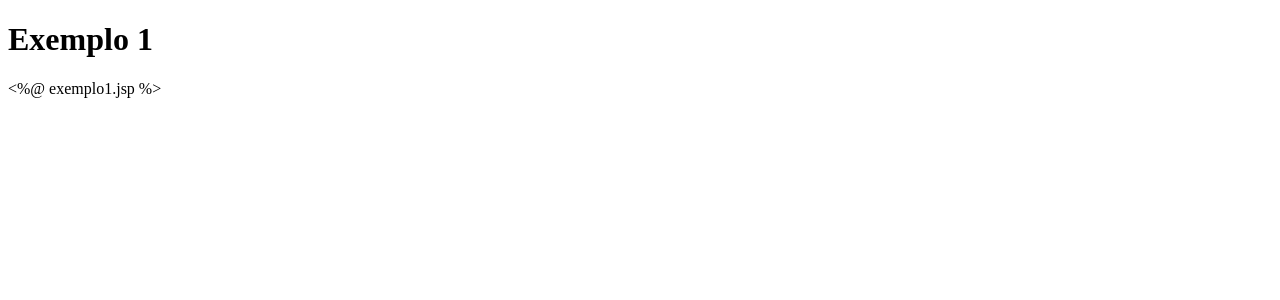
Repository: Bruno-Marian/atitivadesAulaWeb
Page: Aula/src/main/webapp/exemplo1.html
The author's editor kept a copy of each file at every save. The page is drawn from the files as they stood at one save, then again after the next save.
The browser window is 1280 px wide. The pictures show the whole page.

Above is the page before, as saved 2023-10-12 00:31:56.

After the next save:
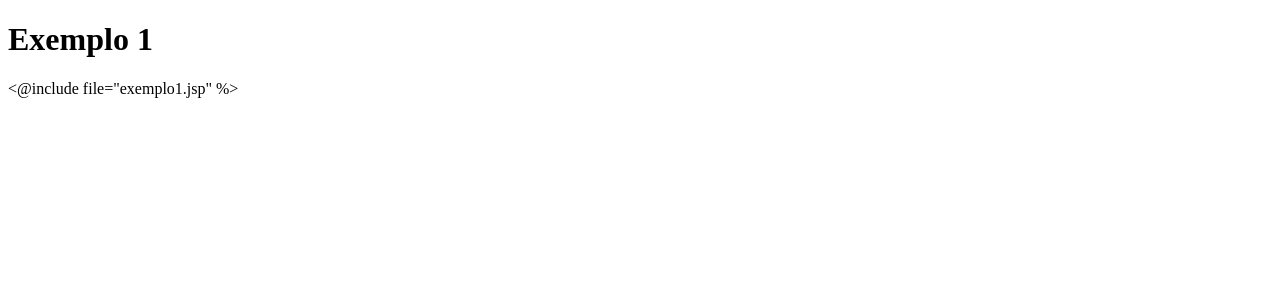
Saved 46 s later.
--- a/Aula/src/main/webapp/exemplo1.html
+++ b/Aula/src/main/webapp/exemplo1.html
@@ -7,6 +7,6 @@
 <body>
 <h1>Exemplo 1</h1>
 
-<%@ exemplo1.jsp %>
+<@include file="exemplo1.jsp" %>
 </body>
 </html>
